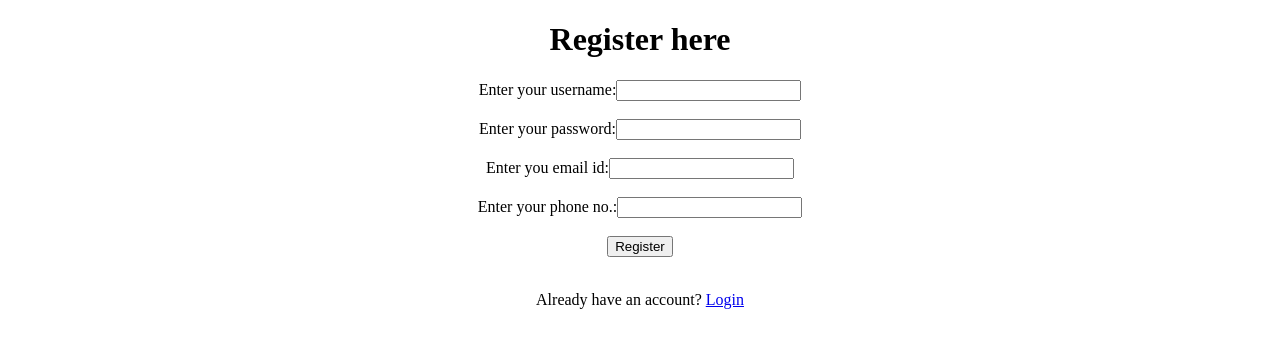
Repository: Roshni260/Integrate_Client_and_Server
Page: Loginandreg/src/main/webapp/index.html
These files come from the project's save history. The page is drawn as it stood at one moment and after the next save; the edit follows.
The browser window is 1280 px wide. The pictures show the whole page.

Above is the page before, as saved 2023-06-21 07:54:22.

### Loginandreg/src/main/webapp/index.html
<!DOCTYPE html>
<html>
<head>
<meta charset="ISO-8859-1">
<title>Register here</title>
</head>
<body>
<div align="center">
<form action="reg.jsp" method="post">
<h1>Register here</h1>
<label>Enter your username:</label><input type="text" name="uname"><br><br>
<label>Enter your password:</label><input type="password" name="pwd"><br><br>
<label>Enter you email id:</label><input type="email" name="mail"><br><br>
<label>Enter your phone no.:</label><input type="tel" name="mobile"><br><br>
<input type="submit" value="Register"><br><br>
<p>Already have an account? <a href="login.html">Login</a></p>
</form></div>
</body>
</html>

After the next save:
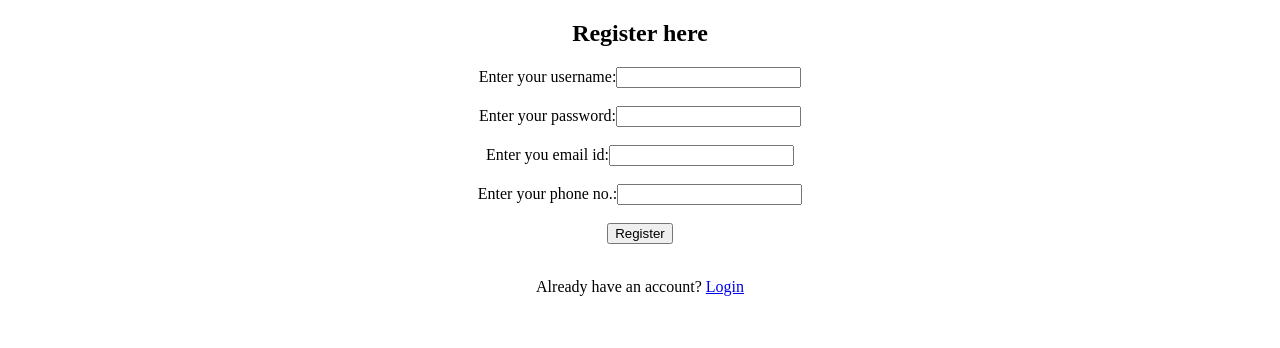
Saved 84 s later.
--- a/Loginandreg/src/main/webapp/index.html
+++ b/Loginandreg/src/main/webapp/index.html
@@ -7,7 +7,7 @@
 <body>
 <div align="center">
 <form action="reg.jsp" method="post">
-<h1>Register here</h1>
+<h2>Register here</h2>
 <label>Enter your username:</label><input type="text" name="uname"><br><br>
 <label>Enter your password:</label><input type="password" name="pwd"><br><br>
 <label>Enter you email id:</label><input type="email" name="mail"><br><br>
